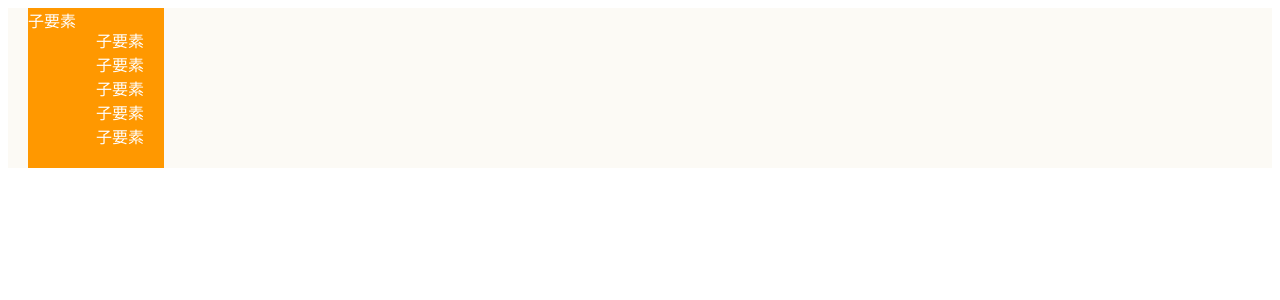
Repository: kyomufire/Potepan_kadai1
Page: Potepan Lessons/index4.html
The author's editor kept a record of every edit. The page is drawn from the files as they stood at one moment, then again after the next edit.
The browser window is 1280 px wide. The pictures show the whole page.

Above is the page before.

After the next edit:
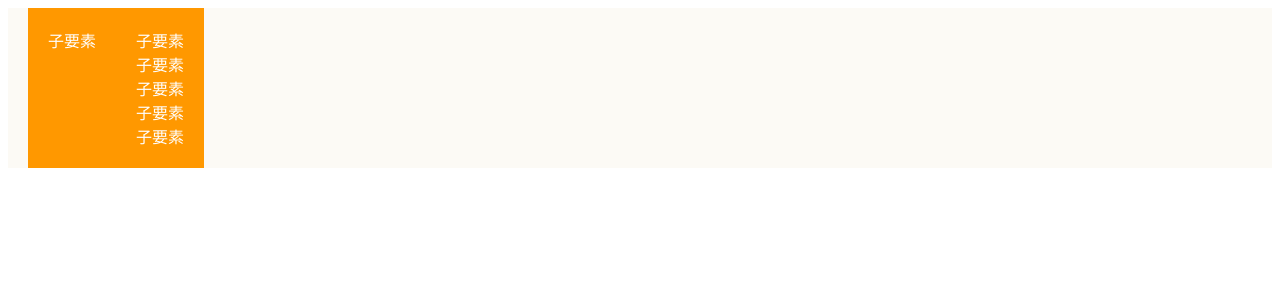
The edit:
--- a/Potepan Lessons/test4.css
+++ b/Potepan Lessons/test4.css
@@ -6,7 +6,7 @@
 
 .ContentLeft {
   color: #fff;
-  padding 20px;
+  padding: 20px;
   background-color: #ff9800;
 }
 
